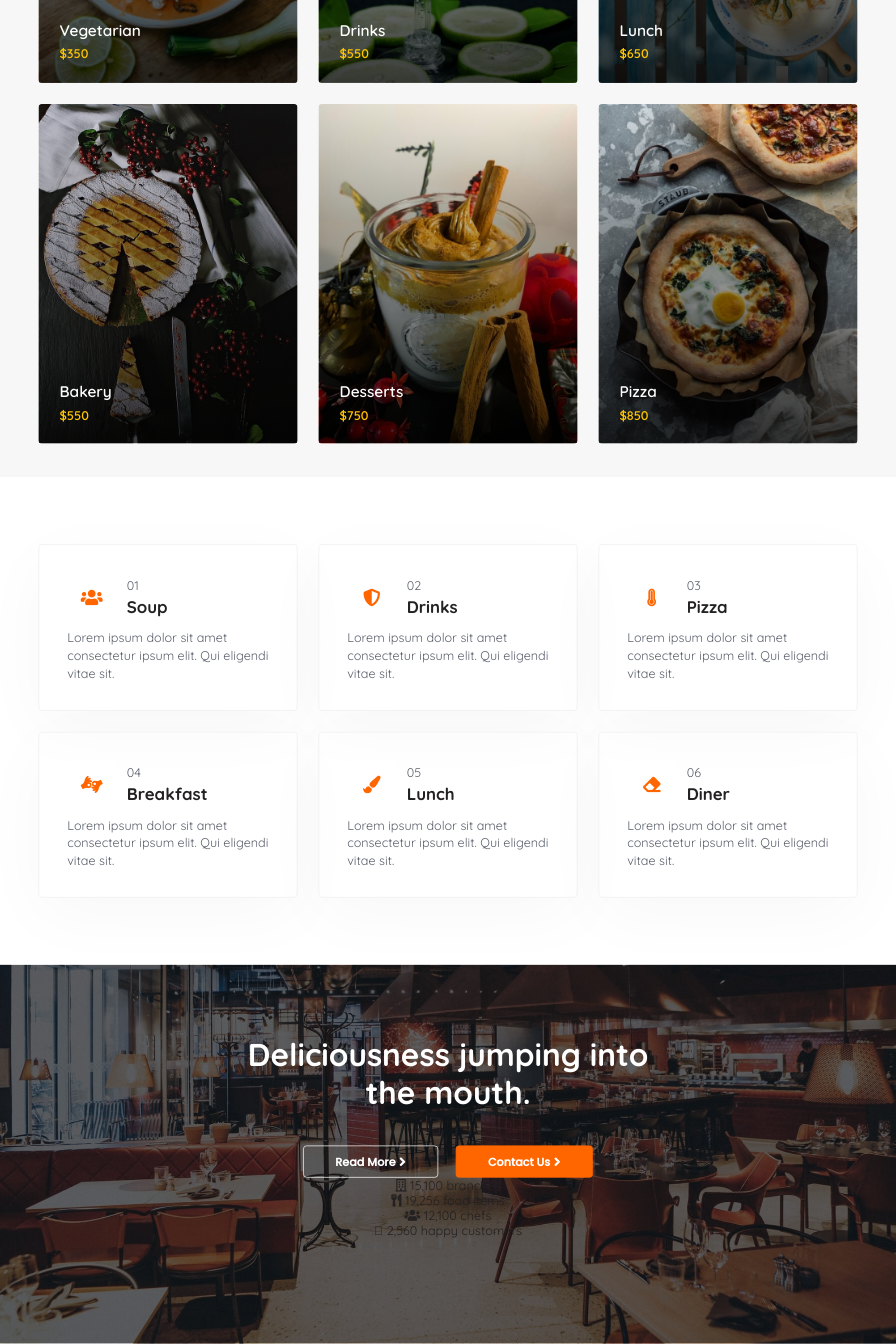
Repository: baobaodeveloper/bootscap21_project_AnhBao_VietToan_VietDuc
Page: index.html
The author's editor kept a copy of each file at every save. The page is drawn from the files as they stood at one save, then again after the next save.
The browser window is 1280 px wide. The pictures show the part of the page from y = 2118 to 4038 px (the page is 4038 px tall before and 3995 px after), at 70% of full size.
Backgrounds fixed to the window are drawn as part of the page.

Above is the page before, as saved 2022-03-04 09:06:32.

### index.html
<!DOCTYPE html>
<html lang="en">
  <head>
    <meta charset="UTF-8" />
    <meta http-equiv="X-UA-Compatible" content="IE=edge" />
    <meta name="viewport" content="width=device-width, initial-scale=1.0" />

    <!-- fontawesome link cdn -->
    <link
      rel="stylesheet"
      href="https://cdnjs.cloudflare.com/ajax/libs/font-awesome/5.15.4/css/all.min.css"
      integrity="sha512-1ycn6IcaQQ40/MKBW2W4Rhis/DbILU74C1vSrLJxCq57o941Ym01SwNsOMqvEBFlcgUa6xLiPY/NS5R+E6ztJQ=="
      crossorigin="anonymous"
      referrerpolicy="no-referrer"
    />

    <!-- font -->
    <link rel="preconnect" href="https://fonts.googleapis.com" />
    <link rel="preconnect" href="https://fonts.gstatic.com" crossorigin />
    <link
      href="https://fonts.googleapis.com/css2?family=Pacifico&family=Poppins:wght@300;400;500&family=Quicksand:wght@300;400;500;600;700&display=swap"
      rel="stylesheet"
    />

    <link rel="stylesheet" href="style.css" />
    <title>Diner</title>
  </head>
  <body>
    <header class="header">
      <div class="header__wrapper container">
        <div class="header__top">
          <a class="header__logo" href="#">Diner</a>

          <div class="header__navbar">
            <form class="navbar__search">
              <input type="search" placeholder="Search here..." id="search" />
              <label for="search" class="fas fa-search"></label>
            </form>

            <div class="mode__container">
              <i class="fas fa-sun" id="dark"></i>
              <i class="fas fa-moon" id="light"></i>
            </div>

            <div class="fa fa-bars" id="menu-button"></div>
          </div>

          <nav class="navbar__list">
            <i class="fas fa-times" id="close-button"></i>
            <a href="#">home</a>
            <a href="#">about</a>
            <a href="#">services</a>
            <a href="#">blogs</a>
            <a href="#">404</a>
            <a href="#">landing page</a>
            <a href="#">contact</a>
            <a href="#">shot codes</a>
            <a href="#">email</a>
          </nav>
        </div>

        <div class="header__content">
          <h2>the only thing we love more than food is you!</h2>
          <p>
            Lorem ipsum dolor sit amet consectetur ipsum elit. Qui eligendi
            vitae sit.Ea ipsum sed consequuntur illum facere.
          </p>
          <a href="#" class="btn"
            >read more <i class="fas fa-angle-right"></i
          ></a>
        </div>
      </div>
    </header>

    <section class="about container pad-med">
      <div class="heading">
        <span>about us</span>
        <h3>We found our creative space that is open for you.</h3>
      </div>

      <div class="text">
        <p>
          Lorem ipsum viverra feugiat. Pellen tesque libero ut justo, ultrices
          in ligula. Semper at tempufddfel. Lorem ipsum dolor sit amet elit. Non
          quae, fugiat nihil ad. Lorem ipsum dolor sit amet. Lorem ipsum init
          dolor sit, amet elit. Dolor ipsum non velit, culpa!Lorem ipsum init
          dolor sit.
        </p>

        <p>
          Lorem ipsum viverra feugiat. Pellen tesque libero ut justo, ultrices
          in ligula. Semper at tempufddfel. Lorem ipsum dolor sit amet elit. Non
          quae, fugiat nihil ad. Lorem ipsum dolor sit amet.
        </p>
      </div>
    </section>

    <section class="restaurant">
      <div class="restaurant__img">
        <img src="./image/banner3.jpg" alt="#" />
      </div>

      <div class="restaurant__content">
        <div class="heading">
          <span>more than 3000 restaurant</span>
          <h3>Book a table easly at the best price</h3>
        </div>

        <div class="text">
          <p>
            Vestibulum ante ipsum primis in faucibus orci luctus turpis sodales
            quis. Integer sit amet mattis quam.Vivamus a ligula quam tesque et
            libero ut justo ultrices in.
          </p>
        </div>

        <div class="restaurant__best">
          <div class="best__item">
            <i class="fas fa-thumbs-up"></i>
            <h4>best deals</h4>
            <p class="text">
              Lorem ipsum viverra feugiat. Pellen tesque libero justo.
            </p>
          </div>

          <div class="best__item">
            <i class="fas fa-utensils"></i>
            <h4>best food</h4>
            <p class="text">
              Lorem ipsum viverra feugiat. Pellen tesque libero justo.
            </p>
          </div>
        </div>
      </div>
    </section>

    <section class="categories-wrapper">
      <div class="categories container pad-med">
        <div class="heading text-align pad-med">
          <span>what's new</span>
          <h3>popular categories</h3>
        </div>

        <div class="categories__list">
          <div class="categories__item">
            <div class="categories__img">
              <img src="./image/g1.jpg" alt="" />
            </div>
            <div class="categories__info">
              <span class="categories__name"> vegetarian </span>
              <span class="categories__price"> $350 </span>
            </div>
          </div>

          <div class="categories__item">
            <div class="categories__img">
              <img src="./image/g2.jpg" alt="" />
            </div>
            <div class="categories__info">
              <span class="categories__name"> drinks </span>
              <span class="categories__price"> $550 </span>
            </div>
          </div>

          <div class="categories__item">
            <div class="categories__img">
              <img src="./image/g3.jpg" alt="" />
            </div>
            <div class="categories__info">
              <span class="categories__name"> lunch </span>
              <span class="categories__price"> $650 </span>
            </div>
          </div>

          <div class="categories__item">
            <div class="categories__img">
              <img src="./image/g4.jpg" alt="" />
            </div>
            <div class="categories__info">
              <span class="categories__name"> bakery </span>
              <span class="categories__price"> $550 </span>
            </div>
          </div>

          <div class="categories__item">
            <div class="categories__img">
              <img src="./image/g5.jpg" alt="" />
            </div>
            <div class="categories__info">
              <span class="categories__name"> desserts </span>
              <span class="categories__price"> $750 </span>
            </div>
          </div>

          <div class="categories__item">
            <div class="categories__img">
              <img src="./image/g6.jpg" alt="" />
            </div>
            <div class="categories__info">
              <span class="categories__name"> pizza </span>
              <span class="categories__price"> $850 </span>
            </div>
          </div>
        </div>
      </div>
    </section>

    <section class="menu container pad-med">
      <div class="menu_list pad-med">
        <div class="menu__item">
          <div class="menu__header">
            <i class="fas fa-users"></i>
            <div class="menu__info">
              <span class="menu__number">01</span>
              <span class="menu__name">soup</span>
            </div>
          </div>

          <p class="menu__content">
            Lorem ipsum dolor sit amet consectetur ipsum elit. Qui eligendi
            vitae sit.
          </p>
        </div>

        <div class="menu__item">
          <div class="menu__header">
            <i class="fas fa-shield-alt"></i>
            <div class="menu__info">
              <span class="menu__number">02</span>
              <span class="menu__name">drinks</span>
            </div>
          </div>

          <p class="menu__content">
            Lorem ipsum dolor sit amet consectetur ipsum elit. Qui eligendi
            vitae sit.
          </p>
        </div>

        <div class="menu__item">
          <div class="menu__header">
            <i class="fas fa-thermometer-full"></i>
            <div class="menu__info">
              <span class="menu__number">03</span>
              <span class="menu__name">pizza</span>
            </div>
          </div>

          <p class="menu__content">
            Lorem ipsum dolor sit amet consectetur ipsum elit. Qui eligendi
            vitae sit.
          </p>
        </div>

        <div class="menu__item">
          <div class="menu__header">
            <i class="fas fa-american-sign-language-interpreting"></i>
            <div class="menu__info">
              <span class="menu__number">04</span>
              <span class="menu__name">breakfast</span>
            </div>
          </div>

          <p class="menu__content">
            Lorem ipsum dolor sit amet consectetur ipsum elit. Qui eligendi
            vitae sit.
          </p>
        </div>

        <div class="menu__item">
          <div class="menu__header">
            <i class="fas fa-paint-brush"></i>
            <div class="menu__info">
              <span class="menu__number">05</span>
              <span class="menu__name">lunch</span>
            </div>
          </div>

          <p class="menu__content">
            Lorem ipsum dolor sit amet consectetur ipsum elit. Qui eligendi
            vitae sit.
          </p>
        </div>

        <div class="menu__item">
          <div class="menu__header">
            <i class="fas fa-eraser"></i>
            <div class="menu__info">
              <span class="menu__number">06</span>
              <span class="menu__name">diner</span>
            </div>
          </div>

          <p class="text">
            Lorem ipsum dolor sit amet consectetur ipsum elit. Qui eligendi
            vitae sit.
          </p>
        </div>
      </div>
    </section>

    <section class="delicious">
      <div class="delicious-wrapper container">
        <h3>Deliciousness jumping into the mouth.</h3>

        <div class="delicious__btn">
          <a href="#" class="btn"
            >read more <i class="fas fa-angle-right"></i
          ></a>
          <a href="#" class="btn active"
            >contact us <i class="fas fa-angle-right"></i
          ></a>
        </div>

        <div class="count">
          <div class="count-item">
            <i class="far fa-building"></i>
            <span class="count__number">15,100</span>
            <span class="count__name">branches</span>
          </div>

          <div class="count-item">
            <i class="fas fa-utensils"></i>
            <span class="count__number">19,256</span>
            <span class="count__name">food items</span>
          </div>

          <div class="count-item">
            <i class="fas fa-users"></i>
            <span class="count__number">12,100</span>
            <span class="count__name">chefs</span>
          </div>

          <div class="count-item">
            <i class="fal fa-smile"></i>
            <span class="count__number">2,560</span>
            <span class="count__name">happy customers</span>
          </div>
        </div>
      </div>
    </section>

    <script src="app.js"></script>
  </body>
</html>

### style.css
* {
  padding: 0;
  margin: 0;
  box-sizing: border-box;
}

:root {
  --primary-font: "Quicksand", sans-serif;
  --secondary-font: "Pacifico", cursive;
  --third-font: "Poppins", sans-serif;
  --primary-color: #ff6600;
  --title-color: #232121;
  --white-color: #fff;
  --text-color: #161c2db3;
  --price-color: #ffc600;
}

img {
  display: block;
  max-width: 100%;
}

button,
input {
  display: inline-block;
  border: none;

  font-family: var(--primary-font);
  font-size: 1.6rem;

  outline: none;
}

a {
  display: inline-block;
  text-decoration: none;
}

html {
  font-size: 62.5%;
}

.container {
  max-width: 1200px;
  margin: 0 auto;
  padding: 0 1.5rem;
}

body {
  color: var(--title-color);

  font-family: var(--primary-font);
  font-size: 1.8rem;
  line-height: 1.2;
}

.btn.active {
  background-color: var(--primary-color);
  border-color: var(--primary-color);
}
.btn:hover.active {
  background-color: var(--primary-color);
  color: var(--white-color);

  opacity: 0.7;
}

.pad-med {
  padding-top: 4.8rem;
  padding-bottom: 4.8rem;
}

.text-align {
  text-align: center;
}

.heading span {
  margin-bottom: 0.5rem;

  color: var(--primary-color);

  font-family: var(--secondary-font);
  font-size: 2rem;
  text-transform: capitalize;
}

.heading h3 {
  font-size: 3.8rem;
}

.text {
  color: var(--text-color);

  font-size: 1.8rem;
  line-height: 1.4;
}

.text p {
  margin: 2rem 0;
}

.btn {
  display: inline-flex;
  align-items: center;
  padding: 1.2rem 4.5rem;
  border-radius: 0.5rem;
  border: 1.5px solid var(--white-color);

  color: var(--white-color);
  background-color: transparent;

  font-family: var(--third-font);
  font-size: 1.6rem;
  text-transform: capitalize;
  font-weight: bold;

  transition: 0.4s linear;
}

.btn i {
  display: inline-block;
  margin-left: 0.5rem;

  font-size: 2rem;
}

.btn:hover {
  background-color: var(--white-color);
  color: var(--primary-color);
}

/* header section starts */
#dark {
  display: none;
}

.header {
  background-image: linear-gradient(to right, #ff6600, hsl(30deg 100% 1% / 20%)),
    url(./image/banner1.jpg);

  background-size: cover;
  background-repeat: no-repeat;
  background-attachment: fixed;

  min-height: 70vh;
}

.header__top {
  display: flex;
  justify-content: space-between;
  padding-top: 4rem;
  padding-bottom: 2rem;
}

.header__logo {
  color: var(--white-color);

  font-size: 3.3rem;
  font-weight: bold;
}

.navbar__search {
  position: relative;
}

.navbar__search input {
  padding: 1rem 5rem 1rem 2rem;

  border-radius: 0.5rem;

  color: var(--text-color);
}

.navbar__search label {
  position: absolute;
  top: 50%;
  right: 2.5rem;

  transform: translate(50%, -50%);

  font-size: 1.5rem;

  cursor: pointer;
}

.header__navbar {
  display: flex;
  justify-content: space-between;
  align-items: center;
  gap: 2rem;
}

.mode__container,
#menu-button {
  color: var(--white-color);

  cursor: pointer;
}

.mode__container {
  font-size: 2.4rem;
}

#menu-button {
  font-size: 3.1rem;
}

.header__content {
  max-width: 60rem;
  margin-top: 10rem;

  color: var(--white-color);
}

.header__content h2 {
  font-size: 5.4rem;

  text-transform: capitalize;
}

.header__content p {
  margin: 2.4rem 0 4.8rem;

  font-size: 1.6rem;
  line-height: 1.6;
}

.navbar__list {
  position: fixed;
  top: 0;
  left: 0;
  width: 100vw;
  height: 100vh;
  z-index: 20;

  display: flex;
  flex-direction: column;
  align-items: center;
  justify-content: center;

  visibility: hidden;
  opacity: 0;
  transform: scale(0.9);

  background-color: rgb(6 3 0 / 77%);

  transition: transform 0.3s, opacity 0.9s, visibility 0s 0.4s;
}

.navbar__list.active {
  visibility: visible;
  opacity: 1;
  transform: scale(1);

  transition: transform 0.4s, opacity 0.4s;
}

.navbar__list a {
  margin: 1.5rem 0;

  color: var(--white-color);

  text-transform: capitalize;
  font-family: var(--third-font);
  font-size: 2rem;
  font-weight: 600;

  transition: 0.2s linear;
}

.navbar__list a:hover {
  color: var(--primary-color);
}

#close-button {
  position: absolute;
  top: 3rem;
  right: 3rem;
  z-index: 25;

  width: 3.5rem;
  height: 3.5rem;
  border-radius: 0.5rem;

  color: var(--white-color);
  background-color: var(--primary-color);

  line-height: 3.5rem;
  text-align: center;
  font-size: 1.6rem;

  cursor: pointer;
}

/* header section ends */

/* about section starts */
.about {
  display: flex;
  gap: 6rem;
  flex-wrap: wrap;
}

.about .heading {
  width: calc(40% - 3rem);
}

.about .text {
  width: calc(60% - 3rem);
}

/* about section ends */

/* restaurant section starts */
.restaurant {
  display: flex;
  justify-content: space-between;
  flex-wrap: wrap;
}

.restaurant__img {
  position: relative;

  width: 50%;
}
.restaurant__img::before {
  content: "";
  position: absolute;
  width: 100%;
  height: 100%;
  top: 0;
  left: 0;
  z-index: 4;

  background-color: rgb(16 15 19 / 46%);
}

.restaurant__img img {
  width: 100%;
  height: 100%;
  object-fit: cover;
}

.restaurant__content {
  padding: 10rem 8rem;
  width: 50%;

  background-color: var(--primary-color);
}

.restaurant__content .heading span {
  color: var(--white-color);
}

.restaurant__content .text {
  color: #ffdfc9;
}

.restaurant__best {
  margin-top: 3rem;
  display: flex;
  justify-content: space-between;
  gap: 2rem;
}

.best__item {
  width: 50%;
}
.best__item i {
  display: inline-block;
  width: 7rem;
  height: 7rem;
  border-radius: 0.5rem;

  color: var(--primary-color);
  background-color: var(--white-color);

  line-height: 7rem;
  text-align: center;
  font-size: 2.5rem;
}

.best__item h4 {
  margin: 1.5rem 0;

  text-transform: capitalize;
  font-family: var(--third-font);
  font-size: 2rem;
}
/* restaurant section ends */

/* categories section starts */
.categories-wrapper {
  background-color: #f7f7f7;
}

.categories__list {
  display: grid;
  grid-template-columns: repeat(auto-fill, minmax(30rem, 1fr));
  grid-gap: 3rem;
}

.categories__img {
  width: 100%;
}

.categories__item {
  position: relative;

  border-radius: 0.5rem;
  overflow: hidden;
}

.categories__item::before {
  content: "";
  position: absolute;
  inset: 0;
  z-index: 1;
  background: linear-gradient(
    to bottom,
    rgba(0, 0, 0, 0) 0,
    rgba(0, 0, 0, 0.53) 69%,
    rgba(0, 0, 0, 0.76) 100%
  );
}

.categories__info {
  position: absolute;
  bottom: 3rem;
  left: 3rem;
  z-index: 3;
}

.categories__name {
  display: block;
  margin-bottom: 1rem;

  color: var(--white-color);

  text-transform: capitalize;
  font-size: 2.2rem;
  font-weight: 600;
}

.categories__price {
  color: var(--price-color);

  font-size: 1.8rem;
  font-weight: 600;
}

.categories__img img {
  width: 100%;
  height: 100%;
  object-fit: cover;

  transition: 0.3s linear;
}

.categories__item:hover img {
  opacity: 0.8;
}
/* categories section ends */

/* menu section starts */
.menu_list {
  display: grid;
  grid-template-columns: repeat(auto-fill, minmax(30rem, 1fr));
  grid-gap: 3rem;
}

.menu__item {
  border: 1px solid #eee;
  border-radius: 0.5rem;
  padding: 4rem;

  box-shadow: 0 25px 98px 0 rgb(0 0 0 / 3%);

  transition: 0.3s linear;
}

.menu__header {
  display: flex;
  gap: 1.5rem;
  align-items: center;
  margin-bottom: 1rem;
}

.menu__number {
  display: block;
  margin-bottom: 0.5rem;

  color: var(--text-color);
}

.menu__name {
  font-size: 2.4rem;
  font-weight: bold;
  text-transform: capitalize;

  transition: 0.3s linear;

  cursor: pointer;
}

.menu__name:hover {
  color: var(--primary-color);
}

.menu__header i {
  display: flex;
  justify-content: center;
  align-items: center;
  width: 7rem;
  height: 7rem;
  border-radius: 0.5rem;

  color: var(--primary-color);
  background-color: var(--white-color);

  font-size: 2.5rem;

  transition: 0.3s linear;
}

.menu__item:hover .menu__header i {
  background-color: var(--primary-color);
  color: var(--white-color);
}

.menu__item:hover {
  box-shadow: 0 25px 98px 0 rgb(0 0 0 / 10%);
}

.menu__item p {
  color: var(--text-color);

  line-height: 1.4;
}
/* menu section ends */

/* delicious section starts */
.delicious {
  padding: 10rem 0 15rem;
  display: flex;
  justify-content: center;
  align-items: center;

  background-image: linear-gradient(
      to right,
      rgb(16 15 19 / 66%),
      rgb(16 15 19 / 66%)
    ),
    url(./image/banner2.jpg);
  background-position: center;
  background-size: cover;
  background-repeat: no-repeat;
}

.delicious-wrapper {
  max-width: 70rem;
  padding: 0 5rem;

  text-align: center;
}

.delicious__btn .btn {
  margin: 0 1rem;
}

.delicious h3 {
  margin-bottom: 5rem;

  color: var(--white-color);

  font-size: 4.5rem;
}
/* delicious section ends */

/* media query */
@media screen and (max-width: 1200px) {
  .restaurant__img,
  .restaurant__content {
    width: 100%;
  }

  .restaurant__content {
    text-align: center;
  }

  .best__item {
    display: flex;
    flex-direction: column;
    justify-content: center;
    align-items: center;
  }

  .categories__list {
    grid-gap: 1.5rem;
  }
}

@media screen and (max-width: 991px) {
  .header {
    background-position: center;

    min-height: 60vh;
  }

  .about {
    gap: 0rem;
  }

  .about .heading {
    text-align: center;
  }

  .about .heading,
  .about .text {
    width: 100%;
  }

  .categories__item {
    max-height: 50rem;
  }
}

@media screen and (max-width: 767px) {
  html {
    font-size: 55%;
  }

  .header {
    min-height: 50vh;
  }

  .restaurant__content {
    padding: 3rem 2rem;
  }

  .categories.pad-med {
    padding-top: 1rem;
  }
}

### app.js
const menuBtn = document.getElementById("menu-button");
const navList = document.querySelector(".navbar__list");
const closBtn = document.getElementById("close-button");
menuBtn.addEventListener("click", () => {
  navList.classList.add("active");
});

closBtn.addEventListener("click", () => {
  navList.classList.remove("active");
});

After the next save:
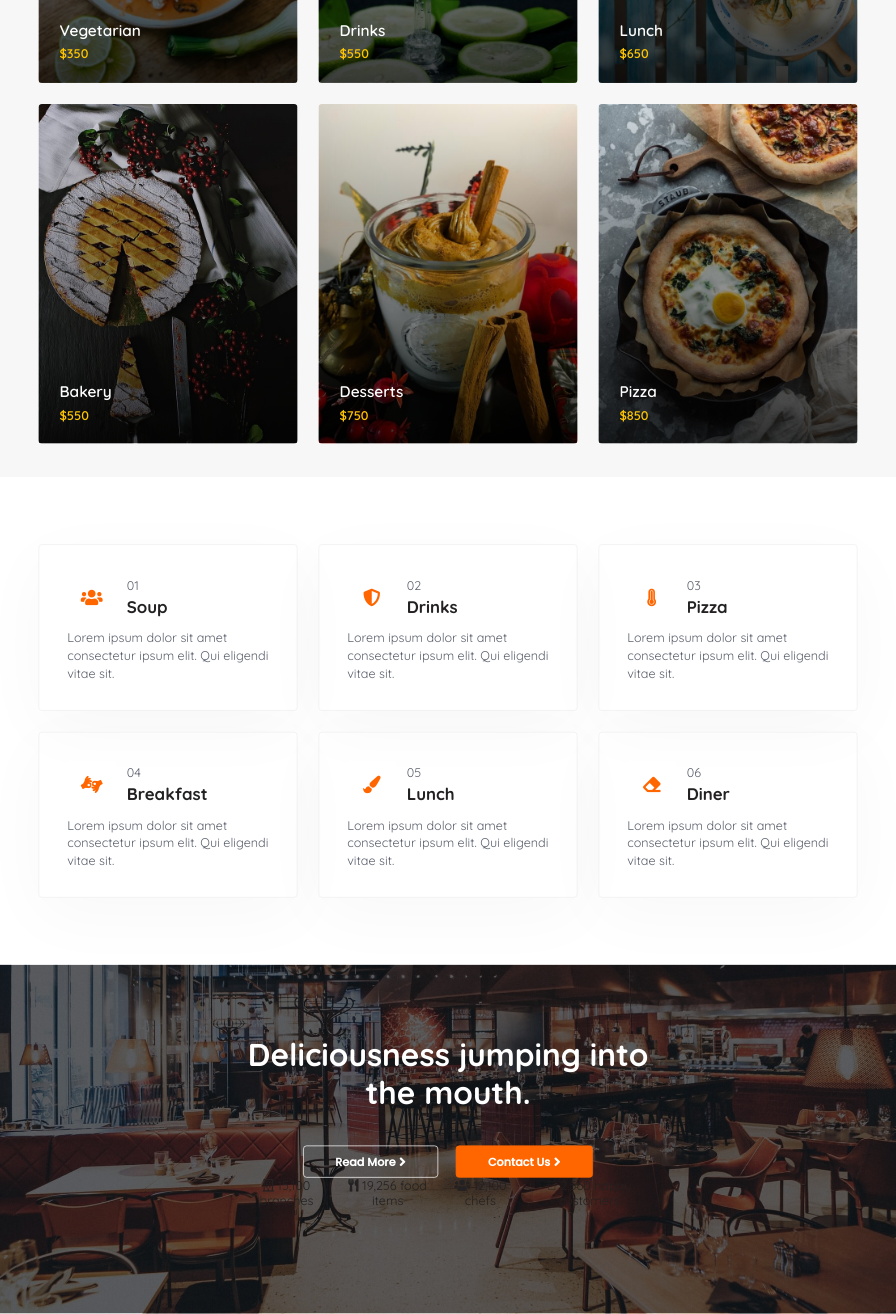
Saved 49 s later.
--- a/style.css
+++ b/style.css
@@ -575,6 +575,10 @@ body {
 
   font-size: 4.5rem;
 }
+
+.count {
+  display: flex;
+}
 /* delicious section ends */
 
 /* media query */
